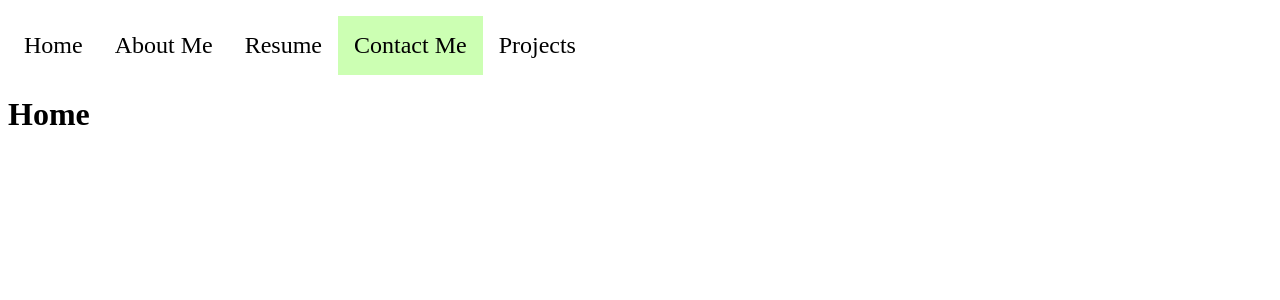
Repository: meganclapinski/meganclapinski.github.io
Page: contactme.html
The author's editor kept a record of every edit. The page is drawn from the files as they stood at one moment, then again after the next edit.
The browser window is 1280 px wide. The pictures show the whole page.

Above is the page before.

After the next edit:
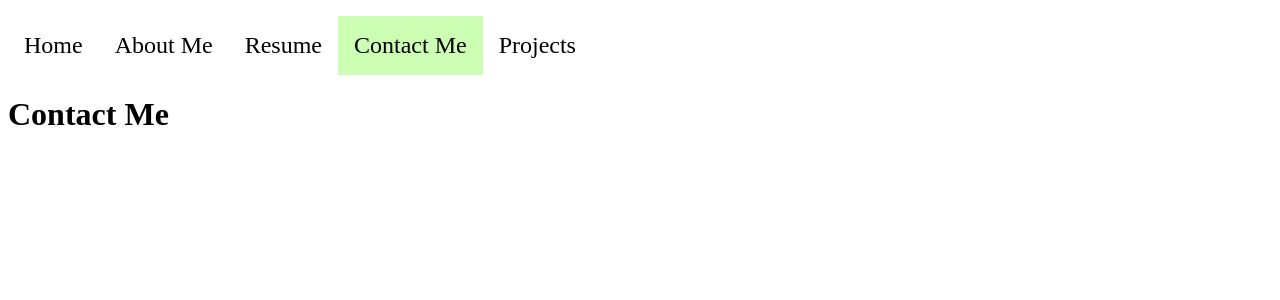
The edit:
--- a/contactme.html
+++ b/contactme.html
@@ -24,4 +24,4 @@
 
         </ul>
 
-        <h1>Home</h1>
+        <h1>Contact Me</h1>
